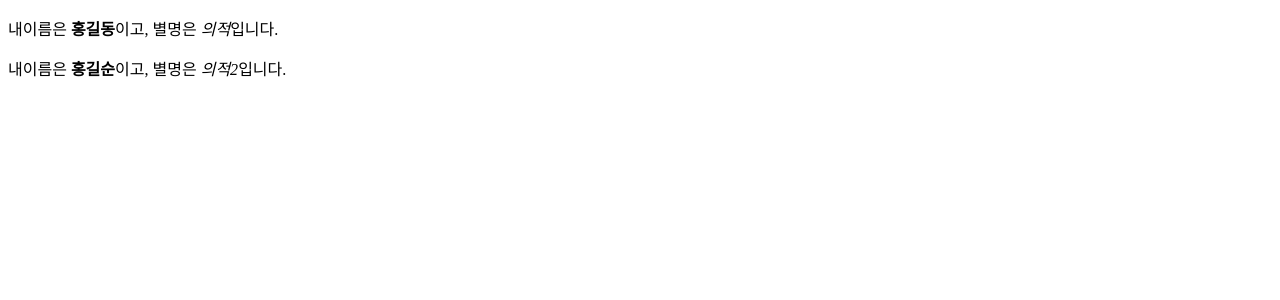
Repository: Jooheehan-kopo/web-workspace
Page: Lecture-web/WebContent/Jquery/exam12(3textforeach).html
An editor plug-in stored every save of this project. The page is shown before and after the next save, followed by the edit.
The browser window is 1280 px wide. The pictures show the whole page.

Above is the page before, as saved 2021-06-17 05:07:51.

After the next save:
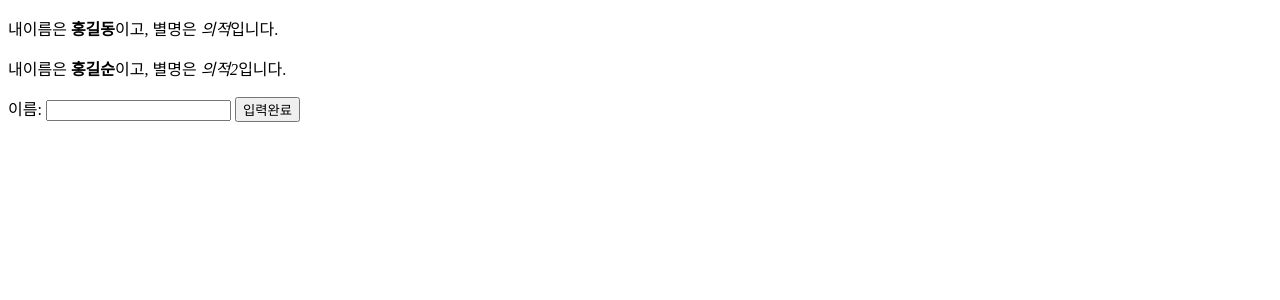
Saved 44 s later.
--- a/Lecture-web/WebContent/Jquery/exam12(3textforeach).html
+++ b/Lecture-web/WebContent/Jquery/exam12(3textforeach).html
@@ -24,5 +24,7 @@
 <body>
 <p>내이름은 <strong>홍길동</strong>이고, 별명은 <em>의적</em>입니다.</p>
 <p>내이름은 <strong>홍길순</strong>이고, 별명은 <em>의적2</em>입니다.</p>
+이름: <input type ="text">
+<button>입력완료</button>
 </body>
 </html>
